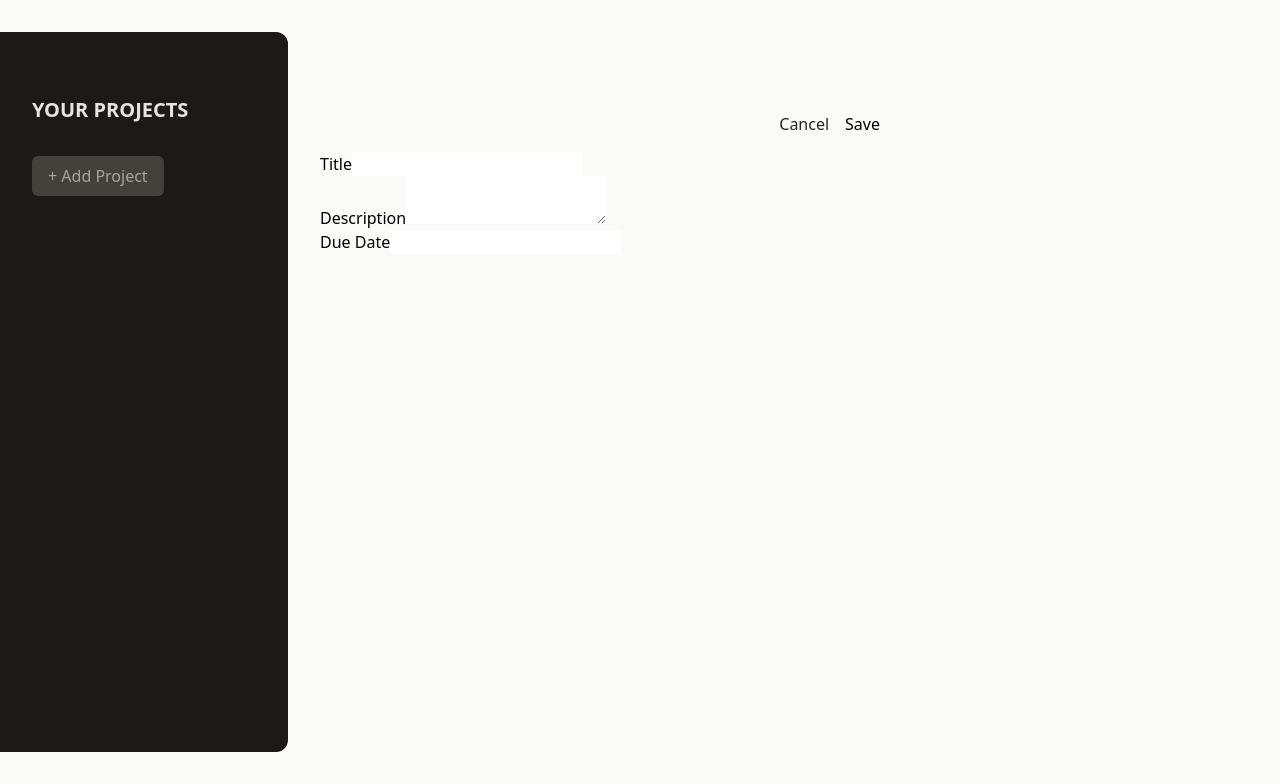
Repository: collyrium921/project-management
Page: /
The author's editor kept a copy of each file at every save. The page is drawn from the files as they stood at one save, then again after the next save.
The browser window is 1280 px wide. The pictures show the whole page.
The project was rebuilt for these pictures with package versions that can differ from the ones it lists, and the page was loaded fresh each time. Also part of the build but not shown: vite.config.js.

Above is the page before, as saved 2024-07-11 01:56:51.

### src/App.jsx
import NewProject from "./components/NewProject";
import ProjectsSidebar from "./components/ProjectsSidebar";

function App() {
  return (
    <main className="h-screen my-8 flex gap-8">
      <ProjectsSidebar />
      <NewProject />
    </main>
  );
}

export default App;

### src/components/NewProject.jsx
import Input from "./Input";

export default function NewProject() {
  return (
    <div className="w-[35rem] mt-16">
      <menu className="flex items-center justify-end gap-4 my-4">
        <li>
          <button className="text-stone-800 hover:text-stone-950">Cancel</button>
        </li>
        <li>
          <button>Save</button>
        </li>
      </menu>
      <div>
        <Input label="Title" />
        <Input label="Description" textarea />
        <Input label="Due Date" />
      </div>
    </div>
  );
}

### src/components/ProjectsSidebar.jsx
export default function ProjectsSidebar() {
  return (
    <aside className="w-1/3 px-8 py-16 bg-stone-900 text-stone-50 md:w-72 rounded-r-xl">
      <h2 className="mb-8 font-bold uppercase md:text-xl text-stone-200">
        {" "}
        Your Projects
      </h2>
      <div>
        <button className="px-4 py-2 text-xs md:text-base rounded-md bg-stone-700 text-stone-400 hover:bg-stone-600 hover:text-stone-100">
          + Add Project
        </button>
      </div>
    </aside>
  );
}

### src/components/Input.jsx
export default function Input({label,textarea, ...props}){
    return <p>
        <label htmlFor="">{label}</label>
        {textarea ? <textArea {...props} />: <input {...props} />}
    </p>
}

Loaded but not shown: index.html (common file); src/main.jsx (common file); src/index.css (common file); tailwind.config.js (common file)

After the next save:
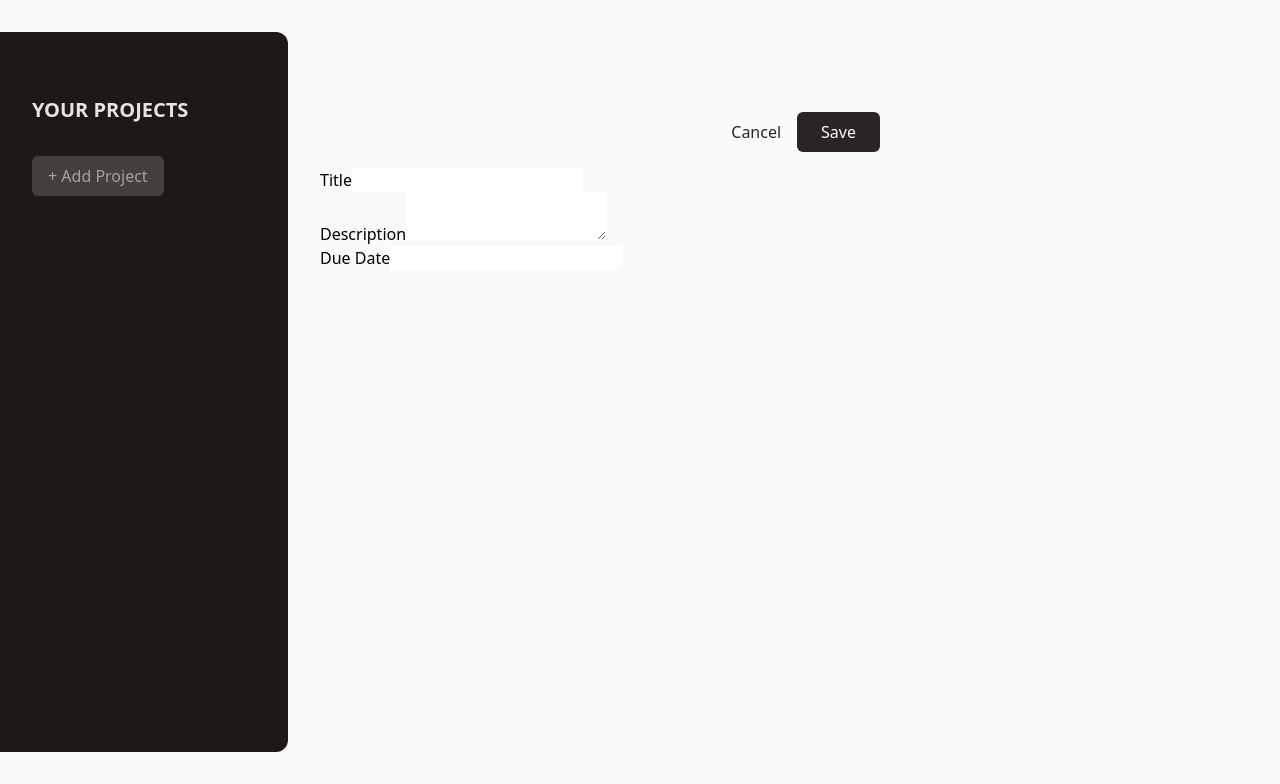
Saved 41 s later.
--- a/src/components/NewProject.jsx
+++ b/src/components/NewProject.jsx
@@ -8,7 +8,7 @@ export default function NewProject() {
           <button className="text-stone-800 hover:text-stone-950">Cancel</button>
         </li>
         <li>
-          <button>Save</button>
+          <button className="px-6 py-2 rounded-md bg-stone-800 text-stone-50 hover:bg-stone-950">Save</button>
         </li>
       </menu>
       <div>
